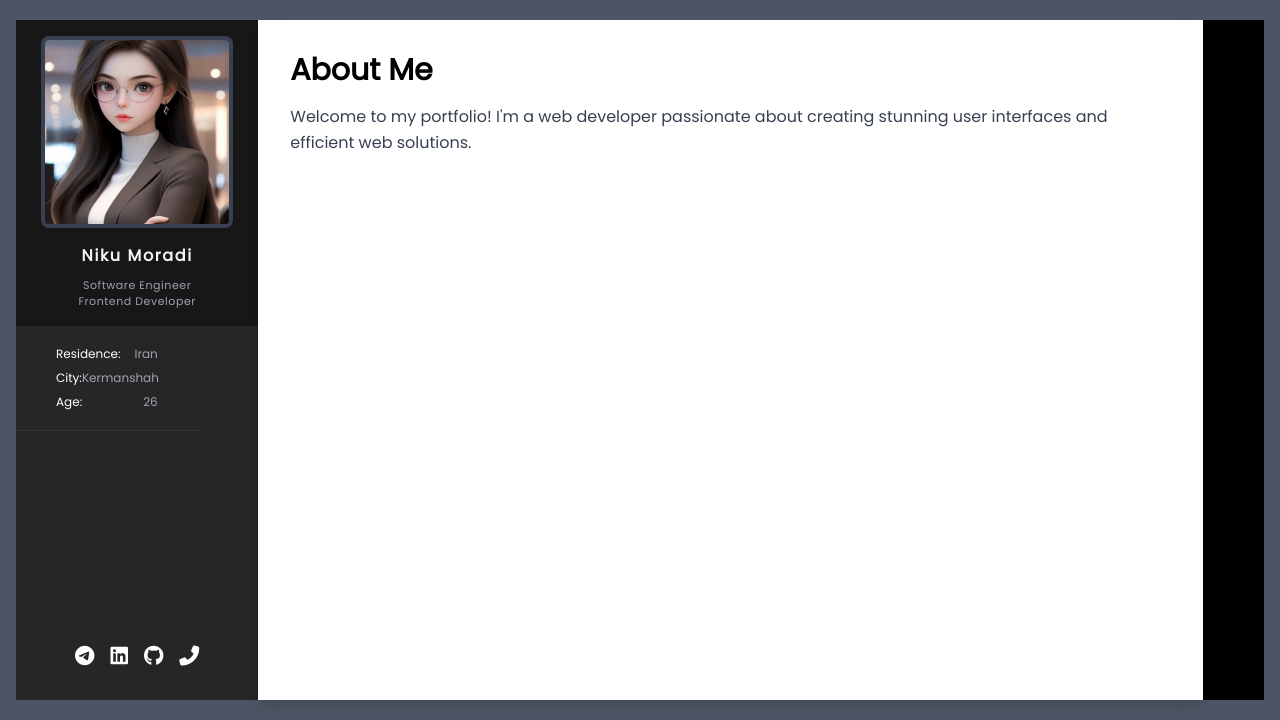
Repository: NikuMoradi/niku-moradi
Page: /
These files come from the project's save history. The page is drawn as it stood at one moment and after the next save; the edit follows.
The browser window is 1280 px wide. The pictures show the whole page.
The project was rebuilt for these pictures with package versions that can differ from the ones it lists, and the page was loaded fresh each time. The framework's server and built-in components were replaced by stand-ins that run in the browser. Also part of the build but not shown: nuxt.config.ts, components/Blog Posts/Component-Design.vue, components/Blog.vue, components/Contact.vue, components/Education.vue, components/Experience.vue, components/Hero.vue, components/Menu.vue and 3 more.

Above is the page before, as saved 2024-11-29 10:56:53.

After the next save:
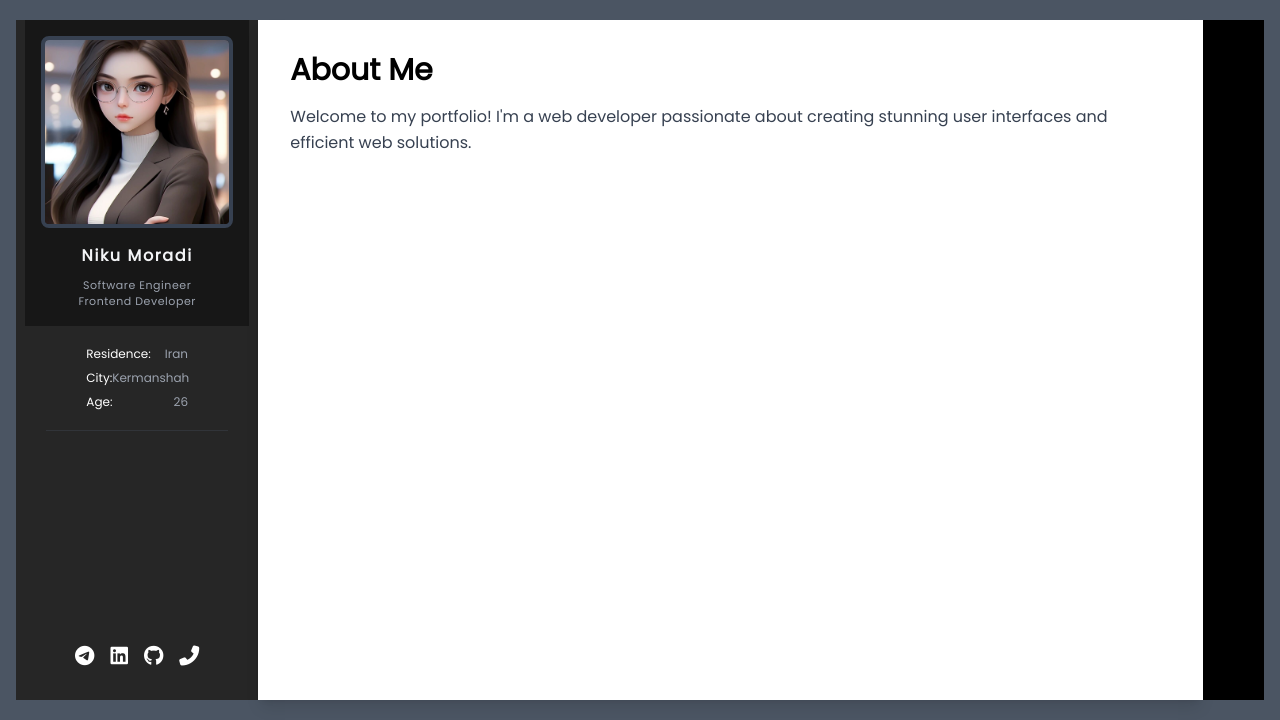
Saved 76 s later.
--- a/components/LeftPanel.vue
+++ b/components/LeftPanel.vue
@@ -1,6 +1,6 @@
 <template>
   <div
-    class="bg-neutral-800 text-white w-80 flex flex-col"
+    class="bg-neutral-800 text-white w-80 flex flex-col items-center"
     style="height: calc(100vh - 40px)"
   >
     <!-- Header-->
